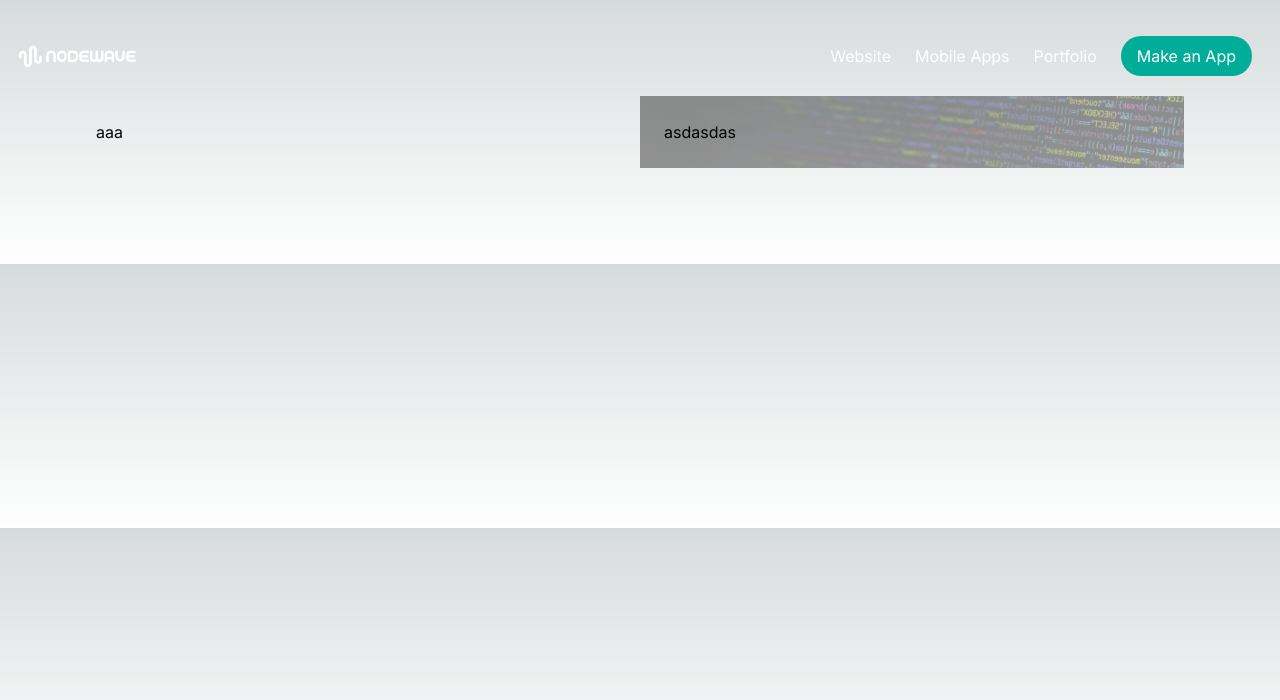
Repository: farrelmuhammad/nodewave
Page: /
The author's editor kept a copy of each file at every save. The page is drawn from the files as they stood at one save, then again after the next save.
The browser window is 1280 px wide. The pictures show the whole page.
The project was rebuilt for these pictures with package versions that can differ from the ones it lists, and the page was loaded fresh each time. The framework's server and built-in components were replaced by stand-ins that run in the browser. Also part of the build but not shown: next.config.js.

Above is the page before, as saved 2023-09-08 12:57:26.

### src/app/page.js
import Hero from '@/components/Hero'
import Navbar from '@/components/Navbar'

export default function Home() {
  return (
    <>
      <Navbar />
      <Hero />
    </>
  )
}

### src/app/globals.css
@tailwind base;
@tailwind components;
@tailwind utilities;

@import url('https://fonts.googleapis.com/css2?family=Poppins:wght@300;400;500;600;700&display=swap');

:root {
  --foreground-rgb: 0, 0, 0;
  --background-start-rgb: 214, 219, 220;
  --background-end-rgb: 255, 255, 255;
  font-family: 'Poppins', sans-serif;
}

@media (prefers-color-scheme: dark) {
  :root {
    --foreground-rgb: 255, 255, 255;
    --background-start-rgb: 0, 0, 0;
    --background-end-rgb: 0, 0, 0;
  }
}

body {
  color: rgb(var(--foreground-rgb));
  background: linear-gradient(
      to bottom,
      transparent,
      rgb(var(--background-end-rgb))
    )
    rgb(var(--background-start-rgb));
}

### src/components/Hero.jsx
import React from "react";

const Hero = () => {
  return (
    <main className="flex h-full items-center justify-between p-24">
      <div className="w-1/2">aaa</div>
      <div className="w-1/2 relative">
        <div
          className="absolute top-0 left-0 w-full h-full bg-cover bg-center"
          style={{
            backgroundImage: 'url("/assets/background.png")', // Ganti dengan path gambar Anda
          }}
        ></div>
        <div className="relative z-10 p-6 bg-transparent">
          asdasdas
        </div>
      </div>
    </main>
  );
};

export default Hero;

### src/components/Navbar.jsx
import React from "react";
import Image from "next/image";

const Navbar = () => {
  return (
    <header class="absolute w-full z-50 px-4">
      <div class="container mx-auto py-5">
        <div class="flex flex-stretch items-center">
          <div class="w-56 items-center flex">
            <Image src="/assets/Logo.png" width={226} height={100} alt="Logo" />
          </div>
          <div class="w-full"></div>
          <div class="w-auto py-4">
            <ul
              class="fixed bg-white inset-0 flex flex-col invisible items-center justify-center opacity-0 md:visible md:flex-row md:bg-transparent md:relative md:opacity-100 md:flex md:items-center"
              id="menu"
            >
              <li class="mx-3 py-6 md:py-0">
                <a href="#" class="text-black md:text-white hover:underline">
                  Website
                </a>
              </li>
              <li class="mx-3 py-6 md:py-0">
                <a
                  href="#"
                  class="text-black md:text-white hover:underline whitespace-nowrap overflow-ellipsis"
                >
                  Mobile Apps
                </a>
              </li>
              <li class="mx-3 py-6 md:py-0">
                <a href="#" class="text-black md:text-white hover:underline">
                  Portfolio
                </a>
              </li>
              <li class="mx-3 py-6 md:py-0">
                <button class="px-4 py-2 bg-[#00AD98] rounded-full">
                  <a
                    href="#"
                    class="text-black md:text-white hover:underline whitespace-nowrap overflow-ellipsis"
                  >
                    Make an App
                  </a>
                </button>
              </li>
            </ul>
          </div>
          <div class="w-auto">
            <ul class="items-center flex">
              <li class="ml-6 block md:hidden">
                <button
                  id="menu-toggler"
                  class="relative flex z-50 items-center justify-center w-8 h-8 text-black md:text-white focus:outline-none"
                >
                  <svg
                    class="fill-current"
                    width="18"
                    height="17"
                    viewBox="0 0 18 17"
                  >
                    <path d="M15.9773 0.461304H1.04219C0.466585 0.461304 0 0.790267 0 1.19609C0 1.60192 0.466668 1.93088 1.04219 1.93088H15.9773C16.5529 1.93088 17.0195 1.60192 17.0195 1.19609C17.0195 0.790208 16.5529 0.461304 15.9773 0.461304Z" />
                    <path d="M15.9773 7.68802H1.04219C0.466585 7.68802 0 8.01698 0 8.42281C0 8.82864 0.466668 9.1576 1.04219 9.1576H15.9773C16.5529 9.1576 17.0195 8.82864 17.0195 8.42281C17.0195 8.01692 16.5529 7.68802 15.9773 7.68802Z" />
                    <path d="M15.9773 14.9147H1.04219C0.466585 14.9147 0 15.2437 0 15.6495C0 16.0553 0.466668 16.3843 1.04219 16.3843H15.9773C16.5529 16.3843 17.0195 16.0553 17.0195 15.6495C17.0195 15.2436 16.5529 14.9147 15.9773 14.9147Z" />
                  </svg>
                </button>
              </li>
            </ul>
          </div>
        </div>
      </div>
    </header>
  );
};

export default Navbar;

Loaded but not shown: src/app/layout.js (common file); tailwind.config.js (common file)

After the next save:
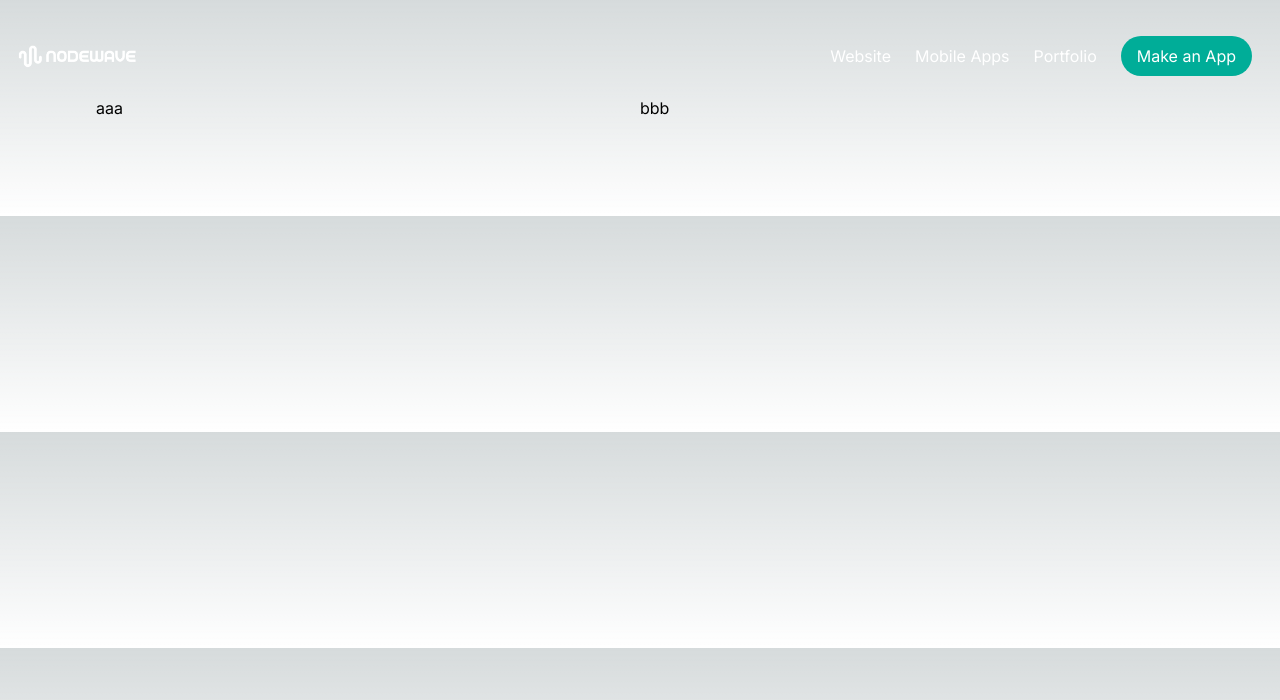
Saved 36 s later.
--- a/src/components/Hero.jsx
+++ b/src/components/Hero.jsx
@@ -4,17 +4,7 @@
   return (
     <main className="flex h-full items-center justify-between p-24">
       <div className="w-1/2">aaa</div>
-      <div className="w-1/2 relative">
-        <div
-          className="absolute top-0 left-0 w-full h-full bg-cover bg-center"
-          style={{
-            backgroundImage: 'url("/assets/background.png")', // Ganti dengan path gambar Anda
-          }}
-        ></div>
-        <div className="relative z-10 p-6 bg-transparent">
-          asdasdas
-        </div>
-      </div>
+      <div className="w-1/2">bbb</div>
     </main>
   );
 };
